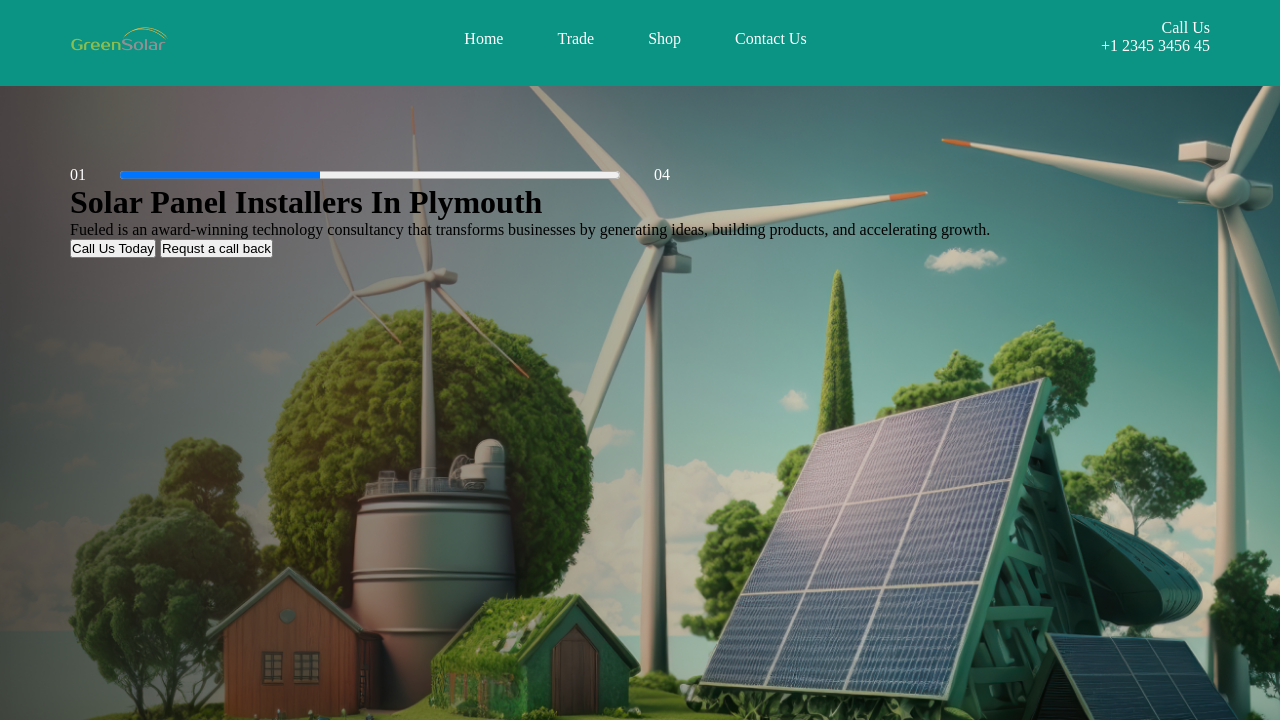
Repository: zeinawady/Solar-Company-Template
Page: index.html
An editor plug-in stored every save of this project. The page is shown before and after a run of saves, followed by the edit.
The browser window is 1280 px wide. The pictures show the whole page.

Above is the page before, as saved 2024-09-17 17:05:05.

### index.html
<!DOCTYPE html>
<html lang="en">

<head>
    <meta charset="UTF-8">
    <meta name="viewport" content="width=device-width, initial-scale=1.0">
    <title>Solar Company</title>
    <link rel="stylesheet" href="css/style.css">
    <link rel="stylesheet" href="css/all.min.css">
</head>

<body>
    <!-- start header -->
    <header>
        <div class="container">
            <img src="images/Logo.png" width="100" alt="logo" class="logo">
            <nav>
                <ul class="nav-links">
                    <li><a href="#">Home</a></li>
                    <li><a href="#">Trade</a></li>
                    <li><a href="#">Shop</a></li>
                    <li><a href="#">Contact Us</a></li>
                </ul>
            </nav>
            <div class="nav-info">
                <div>Call Us</div>
                <div>+1 2345 3456 45</div>

            </div>
            <div class="burger">
                <i class="fas fa-bars"></i>
                <ul class="navHover">
                    <li><a href="#">Home</a></li>
                    <li><a href="#">Trade</a></li>
                    <li><a href="#">Shop</a></li>
                    <li><a href="#">Contact Us</a></li>
                </ul>

            </div>
        </div>
    </header>

    <!-- end header -->

    <!-- start landing -->
    <div class="landing">
        <div class="container">
            <div class="progress-container">
                <span>01</span>
                <progress value="40" max="100"></progress>
                <span>04</span>
            </div>
            <h1 class="main-text">Solar Panel Installers In Plymouth</h1>
  <div class="sub-text">
    Fueled is an award-winning technology consultancy that transforms businesses by generating ideas, building products, and accelerating growth.
  </div>

  <div class="btn-container">
  <button class="btn">Call Us Today</button>
  <button class="btn yellow-bt">Requst a call back</button>
</div>
        </div>
    </div>
    <!-- end landing -->

</body>

</html>

### css/style.css
*{
    margin: 0;
    padding: 0;
    box-sizing: border-box;
}
html{
    scroll-behavior: smooth;
}
.container{
    padding-left: 15px;
    padding-right: 15px;
    margin: 0 auto;
    max-width: 1170px; /* Set a maximum width */
    width: 100%;
}
ul{
    list-style: none;
}
a{
    text-decoration: none;
}
:root{
    --main-color: hsla(173, 86%, 31%, 1);
    --secondary-color:hsla(42, 100%, 55%, 1);
    --font-color: hsla(221, 43%, 11%, 1);

}
@media (min-width:768px) {
    .container {
        width: 750px;
    }

}

@media (min-width:992px) {
    .container {
        width: 970px;
    }
}

@media (min-width:1200px) {
    .container {
        width: 1170px;
    }
}

/* start header */
header{
    background-color: var(--main-color);
height: 86px;
}
header .container{
    display: flex;
    justify-content: space-between;
    align-items: center;

}
.nav-links li{
    display: inline-block;
    padding: 30px 25px;

}
.nav-links li a{
    color: hsla(0, 0%, 100%, 1);
    transition: all 0.3s ease 0s;
}
.nav-info{
    color: hsla(0, 0%, 100%, 1);
padding-bottom: 5px;
display: flex;
flex-direction: column;
align-items: flex-end;
}
.burger{
    display: none;
    color: hsla(0, 0%, 100%, 1) ;
    font-size: 30px;
    cursor: pointer;
    position: relative;
}

@media (max-width:768px){
    .burger{
        display: block;
        padding-top: 24px;
        position: relative;
        z-index: 10;
    }
    .navHover , .nav-links {
        display: none;
    }
    .nav-info{
        display: none;
    }
    .burger:hover .navHover{
        display: block;
        position: absolute;
        top: 86px;
        right: 15px;
        background-color:rgb(255, 250, 244);
        z-index: 99;
        border-radius: 15px;
        padding: 20px;
        box-shadow: 0 4px 8px rgba(0, 0, 0, 0.1);
    }
}

/* end header */

/* start landing */

.landing{
    background-image: url(../images/solar-panels-meadow\ 1.png);
    background-size: cover;
    height: calc(100vh - 86px);
}
.landing .container{
    padding-top: 80px;
}
.progress-container span{
    color: white;
font-weight: 500;
}
.progress-container span:first-child{
padding-right:30px;

}
.progress-container span:last-child{
    padding-left: 30px;
}
.progress-container progress{
   width: 500px;
}
/* end landing */

Loaded but not shown: css/all.min.css (library)

After the next 3 saves:
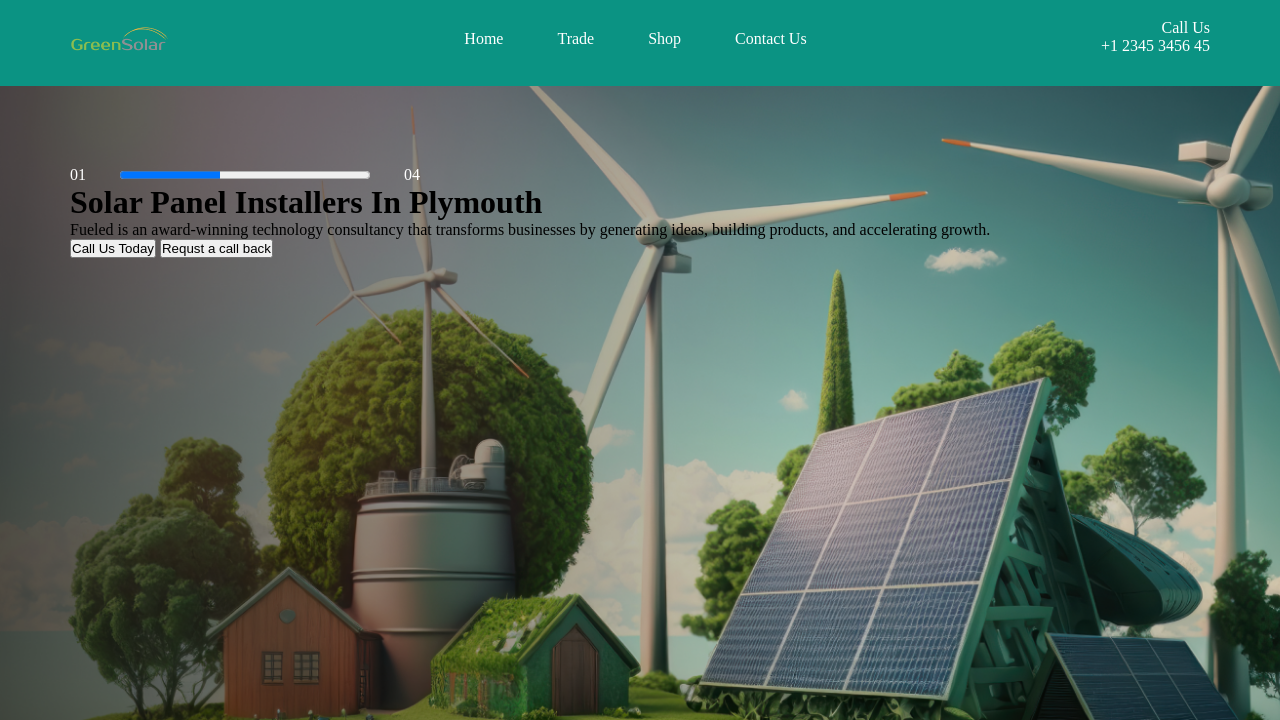
The 3 saves are shown as one change because they came seconds apart.
The last was saved 14 s later.
--- a/css/style.css
+++ b/css/style.css
@@ -129,6 +129,6 @@ padding-right:30px;
     padding-left: 30px;
 }
 .progress-container progress{
-   width: 500px;
+   width: 250px;
 }
 /* end landing */
